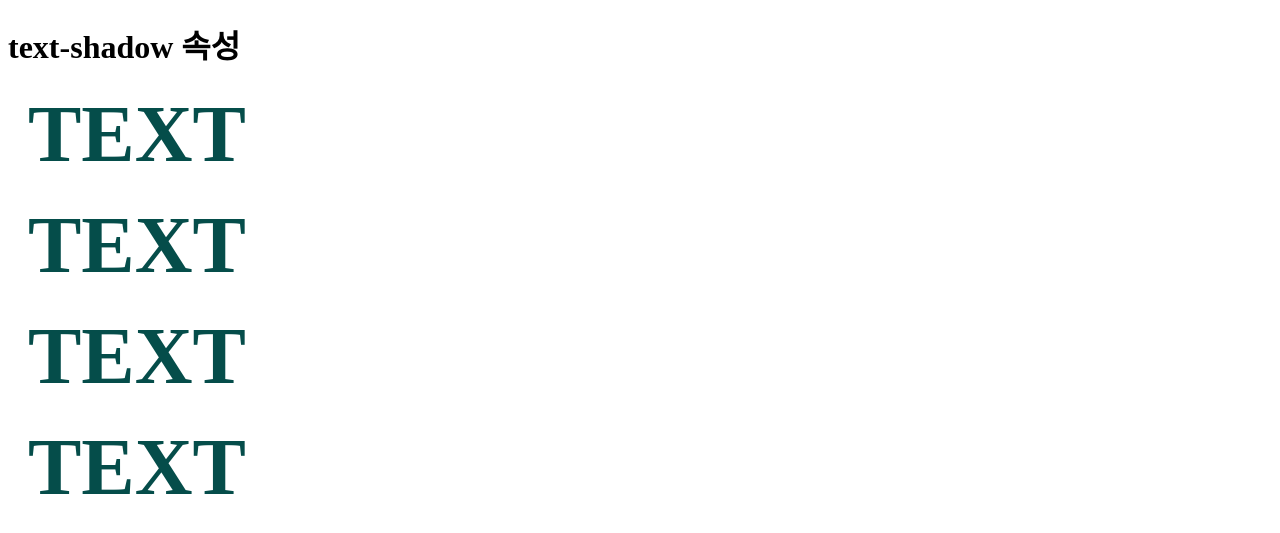
Repository: cussip/SuperHands
Page: WebExam/src/main/webapp/css/fonts/text/text-shadow.html
These files come from the project's save history. The page is drawn as it stood at one moment and after the next save; the edit follows.
The browser window is 1280 px wide. The pictures show the whole page.

Above is the page before, as saved 2022-01-31 03:12:35.

### WebExam/src/main/webapp/css/fonts/text/text-shadow.html
<!DOCTYPE html>
<html>
<head>
	<meta charset="UTF-8">
	<title>text-shadow.html</title>
	<style>
		p {
			color: rgb(5, 77, 74);
			font-weight: bold;
			font-size: 80px;
			font-family: d2coding;
			margin: 20px;
		}
		.shadow01 {

		}
		.shadow02 {

		}
		.shadow03 {

		}
		.shadow04 {

		}
	</style>
</head>
<body>
	<!-- 텍스트에 그림자를 지정한다 -->
	<h1>text-shadow 속성</h1>
	<p class="shadow01">TEXT</p>
	<p class="shadow02">TEXT</p>
	<p class="shadow03">TEXT</p>
	<p class="shadow04">TEXT</p>
</body>
</html>

After the next save:
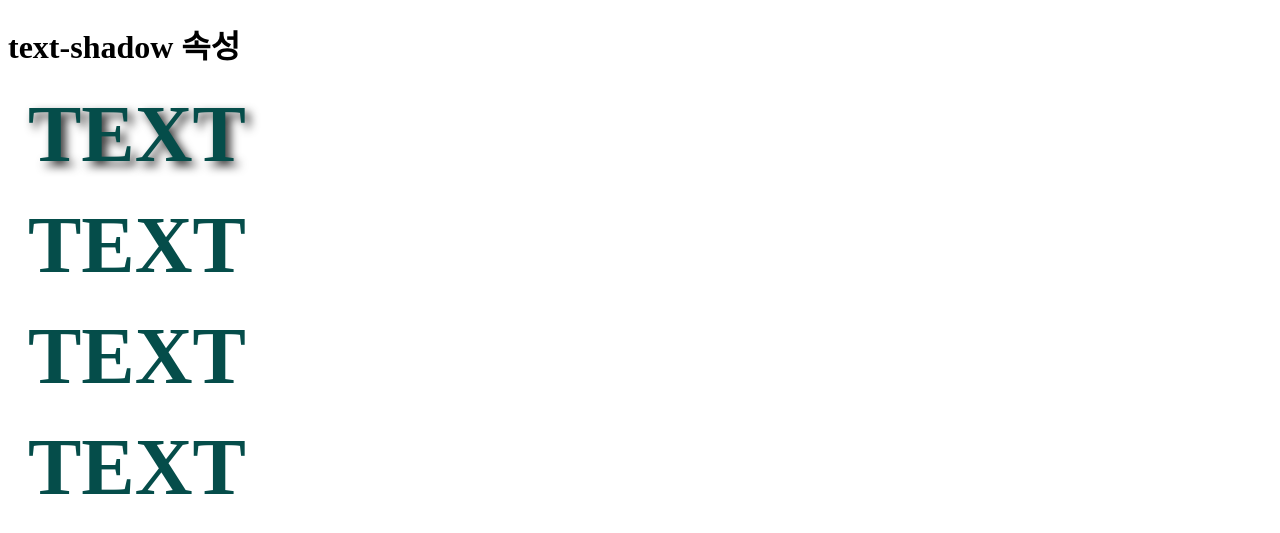
Saved 86 s later.
--- a/WebExam/src/main/webapp/css/fonts/text/text-shadow.html
+++ b/WebExam/src/main/webapp/css/fonts/text/text-shadow.html
@@ -12,7 +12,7 @@
 			margin: 20px;
 		}
 		.shadow01 {
-
+			text-shadow: 5px 5px 10px rgb(0, 0, 0, 0.8);
 		}
 		.shadow02 {
 
